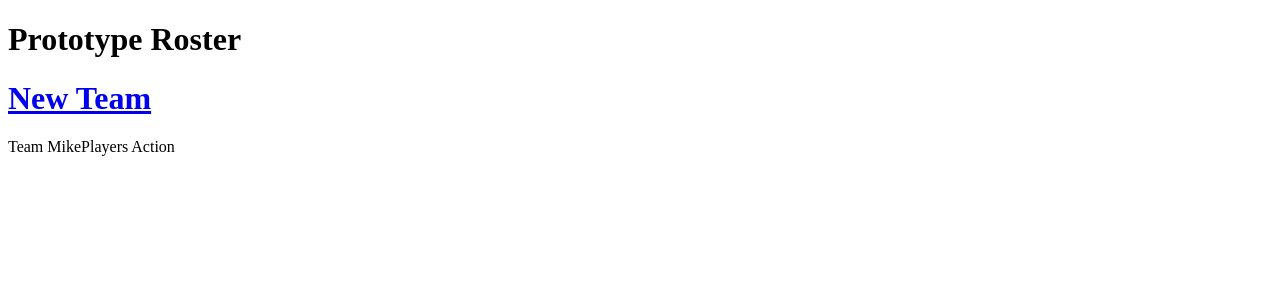
Repository: ohis/JAVAOnTheWeb
Page: http://localhost/TeamRoster/Team
The author's editor kept a copy of each file at every save. The page is drawn from the files as they stood at one save, then again after the next save.
The browser window is 1280 px wide. The pictures show the whole page.
The page is served by Tomcat 9. Other server files are loaded and not shown.

Above is the page before, as saved 2017-12-04 02:55:34.

### servlets/TeamRoster/WebContent/WEB-INF/views/NewTeam.jsp
<%@ page language="java" contentType="text/html; charset=ISO-8859-1"
    pageEncoding="ISO-8859-1"%>
<!DOCTYPE html PUBLIC "-//W3C//DTD HTML 4.01 Transitional//EN" "http://www.w3.org/TR/html4/loose.dtd">
<html>
<head>
<meta http-equiv="Content-Type" content="text/html; charset=ISO-8859-1">
<title>Create new Team</title>
</head>
<body>
  <h1>Prototype Roster</h1>  <h1><a href="#">New Team</a></h1>

  <table>
    <tr>Team

    </tr>
     <tbody>Mike</tbody>
    <tr>Players </tr>
    <tr>Action </tr>

  </table>

</body>
</html>

### servlets/TeamRoster/src/com/codingdojo/web/controller/team/Team.java
package com.codingdojo.web.controller.team;

import java.io.IOException;

import javax.servlet.RequestDispatcher;
import javax.servlet.ServletException;
import javax.servlet.annotation.WebServlet;
import javax.servlet.http.HttpServlet;
import javax.servlet.http.HttpServletRequest;
import javax.servlet.http.HttpServletResponse;
import javax.servlet.http.HttpSession;

import com.codingdojo.model.team;
/**
 * Servlet implementation class Team
 */
@WebServlet("/Team")
public class Team extends HttpServlet {
	private static final long serialVersionUID = 1L;

    /**
     * @see HttpServlet#HttpServlet()
     */
    public Team() {
        super();
        // TODO Auto-generated constructor stub
    }

	/**
	 * @see HttpServlet#doGet(HttpServletRequest request, HttpServletResponse response)
	 */
	protected void doGet(HttpServletRequest request, HttpServletResponse response) throws ServletException, IOException {
		// TODO Auto-generated method stub
		RequestDispatcher view = request.getRequestDispatcher("/WEB-INF/views/NewTeam.jsp");
		view.forward(request, response);
	}

	/**
	 * @see HttpServlet#doPost(HttpServletRequest request, HttpServletResponse response)
	 */
	protected void doPost(HttpServletRequest request, HttpServletResponse response) throws ServletException, IOException {
		// TODO Auto-generated method stub
		HttpSession session = request.getSession();
		String name = request.getParameter("name");
		team t = new team(name);
		String teamName = t.getTeamName();
		session.setAttribute("name", teamName);
		response.sendRedirect("/TeamRoster/Team");
		//doGet(request, response);
	}

}

After the next save:
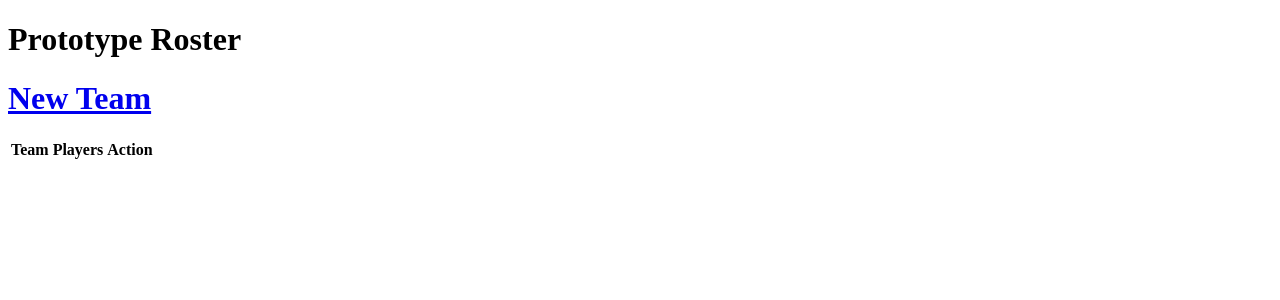
Saved 105 s later.
--- a/servlets/TeamRoster/WebContent/WEB-INF/views/NewTeam.jsp
+++ b/servlets/TeamRoster/WebContent/WEB-INF/views/NewTeam.jsp
@@ -10,12 +10,13 @@
   <h1>Prototype Roster</h1>  <h1><a href="#">New Team</a></h1>
 
   <table>
-    <tr>Team
+    <tr>
+     <th>Team</th>
+     <th>Players</th>
+     <th>Action</th>
+    </tr>
 
-    </tr>
-     <tbody>Mike</tbody>
-    <tr>Players </tr>
-    <tr>Action </tr>
+
 
   </table>
 
